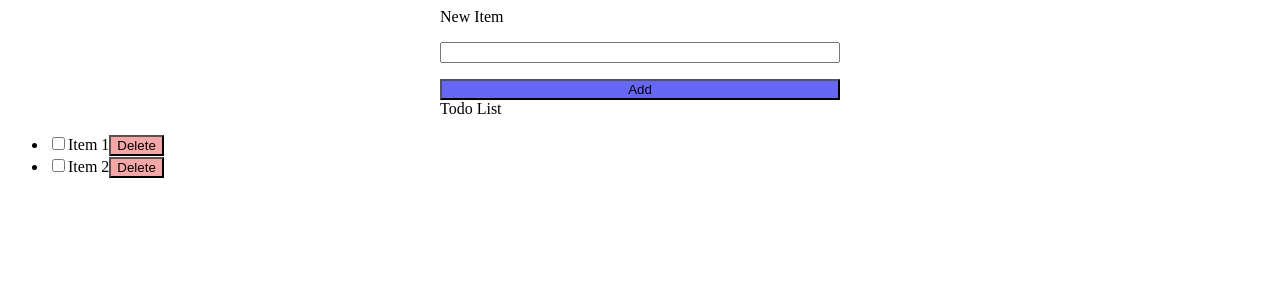
Repository: emmanuel2011-program/react-to-do-list
Page: /
An editor plug-in stored every save of this project. The page is shown before and after the next save, followed by the edit.
The browser window is 1280 px wide. The pictures show the whole page.
The project was rebuilt for these pictures with package versions that can differ from the ones it lists, and the page was loaded fresh each time. Also part of the build but not shown: vite.config.js.

Above is the page before, as saved 2025-11-03 10:07:37.

### index.html
<!doctype html>
<html lang="en">
  <head>
    <meta charset="UTF-8" />
    <link rel="icon" type="image/svg+xml" href="/vite.svg" />
    <meta name="viewport" content="width=device-width, initial-scale=1.0" />
    <title>react-to-do-list</title>
  </head>
  <body>
    <div id="root"></div>
    <script type="module" src="/src/main.jsx"></script>
  </body>
</html>

### src/App.jsx
import "./styles.css"

export default function App() {
  return (
    <>
  <form className="new-item-form">

      <label htmlFor="item">New Item</label>
      <input type="text" id="item" />
    <button className="btn">Add</button>
  </form>
  <hi className="header">Todo List</hi>
  <ul className="list">
    <li>
      <label>
        <input type="checkbox" />
        Item 1
      </label>
      <button className="btn-danger">Delete</button>
    </li>
    <li>
      <label>
        <input type="checkbox" />
        Item 2
      </label>
      <button className="btn-danger">Delete</button>
    </li>
  </ul>
  </>
)
}

### src/styles.css
/* Align the label above the input */
.new-item-form {
  display: flex;
  flex-direction: column;
  gap: 1rem; /* space between rows if you add more later */
  max-width: 400px;
  margin: 0 auto;
}

.btn-danger {
    background-color: rgb(245, 167, 167);
}
.btn {
    background-color: rgb(103, 103, 247);
}

.form-row {
  display: flex;
  flex-direction: column; /* 👈 stacks label above input */
}

.form-row label {
  margin-bottom: 6px;
  font-weight: 600;
  font-size: 0.95rem;
  color: var(--muted);
}

.form-row input {
  padding: 10px 12px;
  font-size: 1rem;
  border-radius: 8px;
  border: 1px solid #334155;
  background-color: #ecedf0;
  color: var(--text);
  outline: none;
  transition: border 0.2s ease, box-shadow 0.2s ease;
}

.form-row input:focus {
  border-color: var(--accent);
  box-shadow: 0 0 6px rgba(125, 211, 252, 0.4);
}
.header {
    display: flex;
  flex-direction: column;
  gap: 1rem; /* space between rows if you add more later */
  max-width: 400px;
  margin: 0 auto;
}

Loaded but not shown: src/main.jsx (common file)

After the next save:
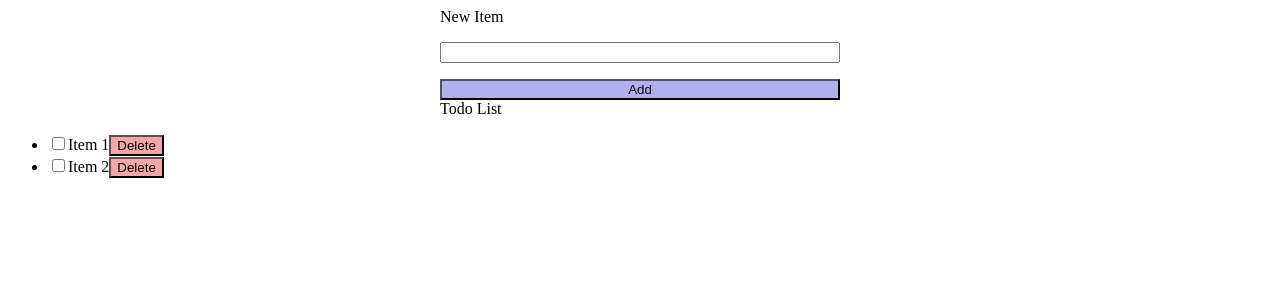
Saved 6 s later.
--- a/src/styles.css
+++ b/src/styles.css
@@ -11,7 +11,7 @@
     background-color: rgb(245, 167, 167);
 }
 .btn {
-    background-color: rgb(103, 103, 247);
+    background-color: rgb(176, 176, 238);
 }
 
 .form-row {
